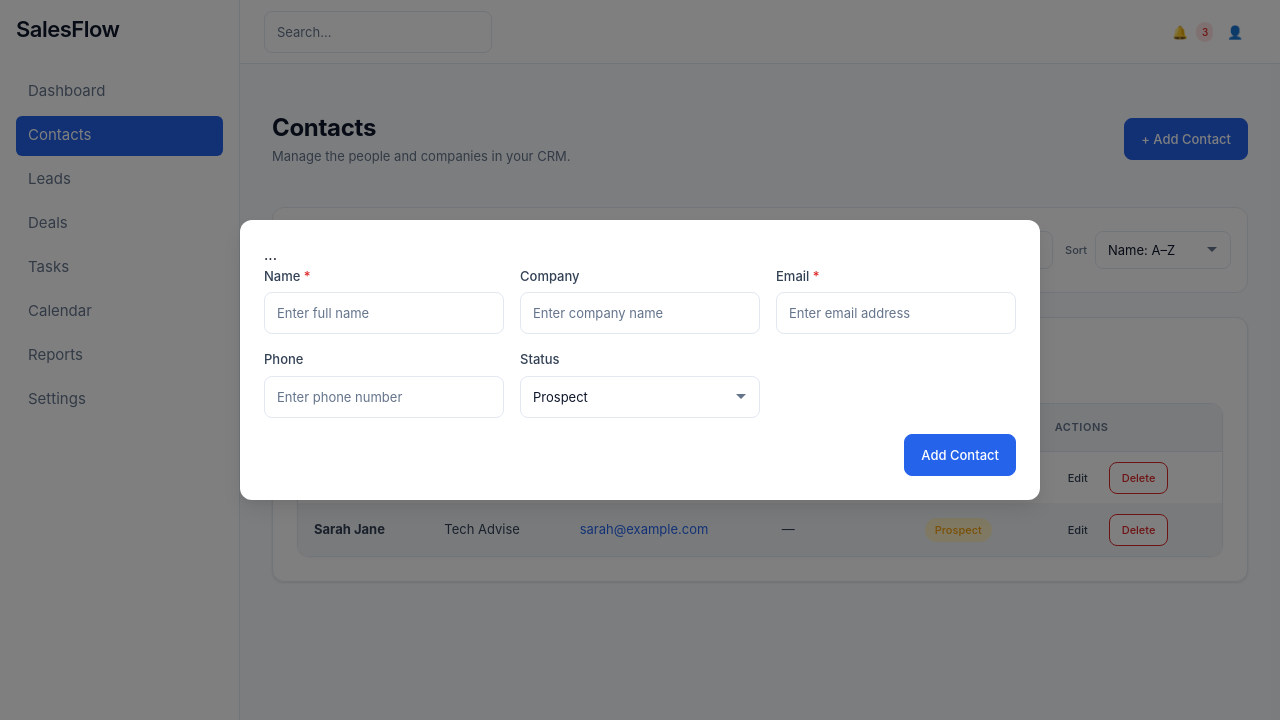
Repository: lawrencegonzaga-dev/salesflow-crm
Page: /contacts, after clicking the first element matching `button.button--primary`
An editor plug-in stored every save of this project. The page is shown before and after the next save, followed by the edit.
The browser window is 1280 px wide. The pictures show the whole page.
The project was rebuilt for these pictures with package versions that can differ from the ones it lists, and the page was loaded fresh each time. Also part of the build but not shown: vite.config.js, src/components/StatCard.jsx, src/components/DashboardLeads.jsx, src/components/DashboardDeals.jsx, src/components/DashboardTasks.jsx, src/components/RecentActivity.jsx, src/pages/Dashboard.jsx, src/components/LeadForm.jsx and 22 more.

Above is the page before, as saved 2026-08-18 12:47:20.

After the next save:
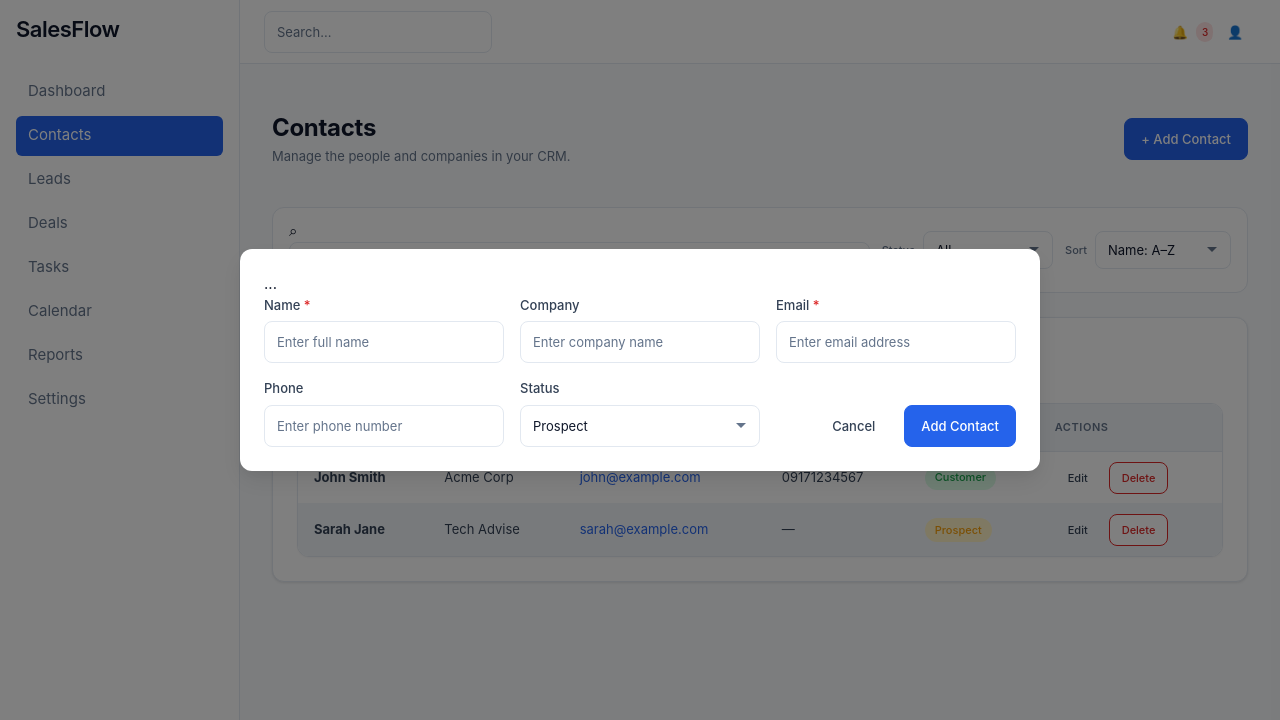
Saved 5 min 35 s later.
--- a/src/components/ContactForm.jsx
+++ b/src/components/ContactForm.jsx
@@ -288,32 +288,31 @@ function ContactForm({
                 </div>
             )}
 
-            <div className="form-actions form-actions--right" style={{ gridColumn: "1 / -1" }}>
-                {editingContact && (
-                    <button
-                        type="button"
-                        className="button button--ghost"
-                        onClick={handleCancel}
-                        disabled={isSubmitting}
-                    >
-                        Cancel
-                    </button>
-                )}
-                <button
-                    type="submit"
-                    className="button button--primary"
-                    disabled={isSubmitting}
-                >
-                    {isSubmitting ? (
-                        <>
-                            <span className="spinner" aria-hidden="true"></span>
-                            {editingContact ? "Updating..." : "Adding..."}
-                        </>
-                    ) : (
-                        editingContact ? "Update Contact" : "Add Contact"
-                    )}
-                </button>
-            </div>
+<div className="form-actions form-actions--right">
+  <button
+    type="button"
+    className="button button--ghost"
+    onClick={handleCancel}
+    disabled={isSubmitting}
+  >
+    Cancel
+  </button>
+
+  <button
+    type="submit"
+    className="button button--primary"
+    disabled={isSubmitting}
+  >
+    {isSubmitting ? (
+      <>
+        <span className="spinner" aria-hidden="true"></span>
+        {editingContact ? "Updating..." : "Adding..."}
+      </>
+    ) : (
+      editingContact ? "Update Contact" : "Add Contact"
+    )}
+  </button>
+</div>
         </form>
     );
 }
